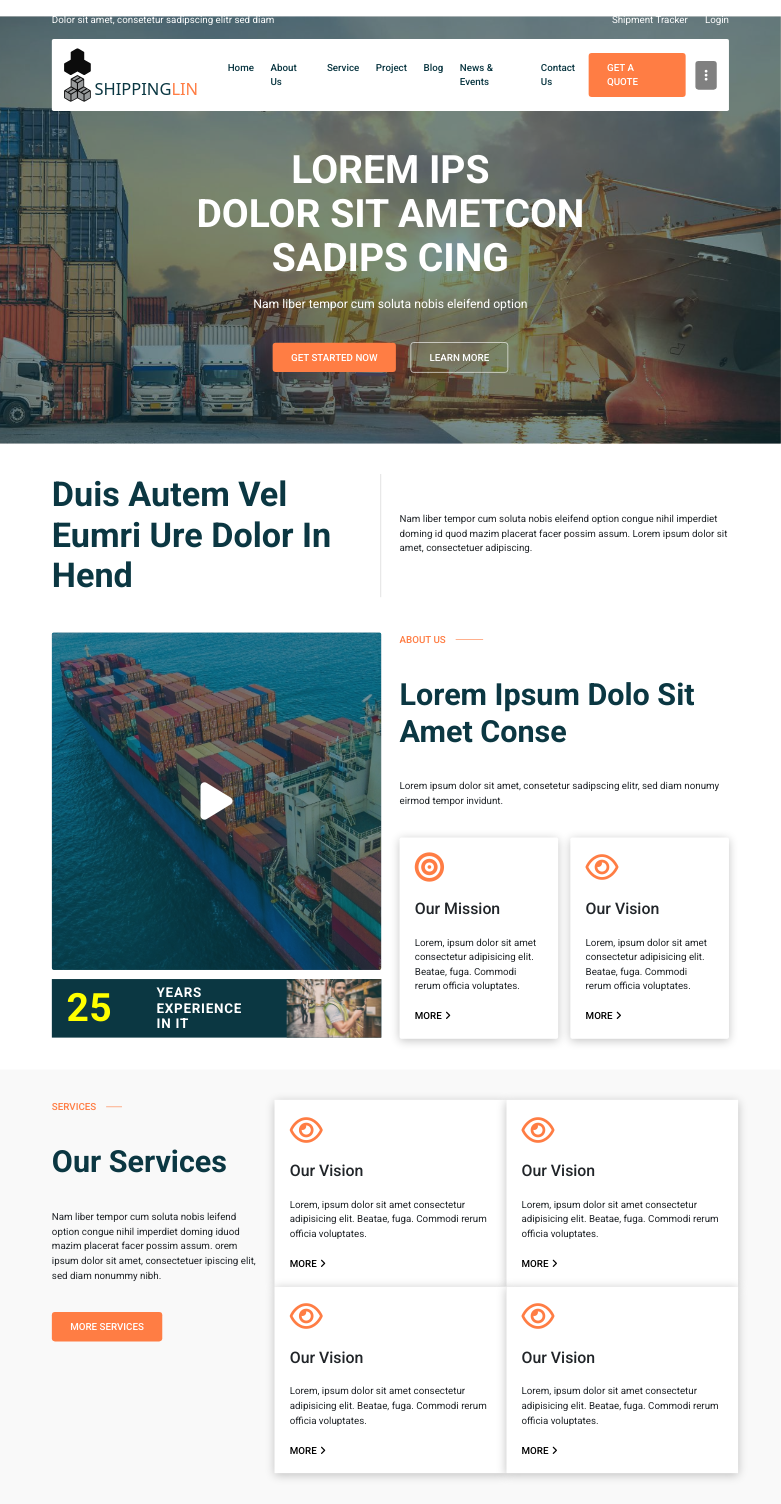
Repository: nazmulalok/shipping-theme
Page: index.html
The author's editor kept a copy of each file at every save. The page is drawn from the files as they stood at one save, then again after the next save.
The browser window is 1280 px wide. The pictures show the whole page, at 61% of full size.
Some web libraries are served in a nearby version.

Above is the page before, as saved 2022-10-08 22:35:01.

### index.html
<!DOCTYPE html>
<html lang="en">

    <head>
        <meta charset="UTF-8">
        <meta http-equiv="X-UA-Compatible" content="IE=edge">
        <meta name="viewport" content="width=device-width, initial-scale=1.0">
        <link rel="preconnect" href="https://fonts.googleapis.com">
        <link rel="preconnect" href="https://fonts.gstatic.com" crossorigin>
        <link
            href="https://fonts.googleapis.com/css2?family=Roboto:ital,wght@0,300;0,400;0,500;0,700;0,900;1,300;1,400;1,500;1,700;1,900&display=swap"
            rel="stylesheet">
        <link rel="stylesheet" href="https://cdnjs.cloudflare.com/ajax/libs/font-awesome/6.2.0/css/all.min.css"
            integrity="sha512-xh6O/CkQoPOWDdYTDqeRdPCVd1SpvCA9XXcUnZS2FmJNp1coAFzvtCN9BmamE+4aHK8yyUHUSCcJHgXloTyT2A=="
            crossorigin="anonymous" referrerpolicy="no-referrer" />
        <link rel="stylesheet" href="https://cdn.jsdelivr.net/npm/bootstrap@4.0.0/dist/css/bootstrap.min.css"
            integrity="sha384-Gn5384xqQ1aoWXA+058RXPxPg6fy4IWvTNh0E263XmFcJlSAwiGgFAW/dAiS6JXm" crossorigin="anonymous">
        <link rel="stylesheet" href="style.css">
        <title>Document</title>
    </head>

    <body>
        <header class="header-top">
            <div class="container">
                <div class="top-bar">
                    <p class="m-0">Dolor sit amet, consetetur sadipscing elitr sed diam</p>
                    <div>
                        <span class="mr-4">Shipment Tracker</span>
                        <span>Login</span>
                    </div>
                </div>
                <div class="header-area">
                    <div class="logo">
                        <img src="images/box.svg" alt="Logo Box" class="me-2">
                        <img src="images/shipping-logo.svg" alt="Shipping Logo">
                    </div>
                    <nav>
                        <ul>
                            <li><a href="#">Home</a></li>
                            <li><a href="#">About Us</a></li>
                            <li><a href="#">Service</a></li>
                            <li><a href="#">Project</a></li>
                            <li><a href="#">Blog</a></li>
                            <li><a href="#">News & Events</a></li>
                            <li><a href="#">Contact Us</a></li>
                        </ul>
                    </nav>
                    <div class="nav-btn">
                        <a class="common-btn mr-3" href="#">Get A Quote</a>
                        <i class="fa-solid fa-ellipsis-vertical"></i>
                    </div>
                </div>
            </div>
        </header>
        <!-- Slider -->
        <section>
            <div class="main-slider">
                <div class="container">
                    <div class="slide-content">
                        <div class="slide-text">
                            <div class="slider-title mb-4">Lorem ips<br>
                                dolor sit ametcon<br>
                                sadips cing</div>
                            <p>Nam liber tempor cum soluta nobis eleifend option</p>
                            <div class="sliderBtn mt-5"><a class="common-btn mr-4" href="#">Get Started Now</a><a
                                    class="common-btn outline-btn" href="#">Learn More</a></div>
                        </div>
                    </div>
                </div>
            </div>
        </section>
        <!-- Slider Ends -->
        <div class="common-sec">
            <div class="container">
                <div class="row align-items-center mb-5">
                    <div class="col-lg-6">
                        <h1 class="border-heading">Duis Autem Vel Eumri
                            Ure Dolor In Hend</h1>
                    </div>
                    <div class="col-lg-6">
                        <p class="ms-4">Nam liber tempor cum soluta nobis eleifend option congue nihil imperdiet doming
                            id quod mazim
                            placerat facer possim assum. Lorem ipsum dolor sit amet, consectetuer adipiscing.</p>
                    </div>
                </div>
                <div class="row mt-5">
                    <div class="col-lg-6">
                        <div class="video-box img-box img-shadow">
                            <img src="images/ship-products.jpg" alt="Ship Products" />
                            <a data-fancybox="" href="" class="video-btn">
                                <i class="fa fa-play"></i>
                            </a>
                        </div>
                        <div class="exp-section">
                            <div class="exp-title ml-4">
                                25
                            </div>
                            <div class="exp-paragraph">
                                Years <br>Experience <br>In It
                            </div>
                            <img src="images/exp-bg.png" alt="Experience">
                        </div>
                    </div>
                    <div class="col-lg-6">
                        <span class="sp-title">About Us</span>
                        <h2 class="mb-5">Lorem Ipsum Dolo
                            Sit Amet Conse</h2>
                        <p class="mb-5">Lorem ipsum dolor sit amet, consetetur sadipscing elitr, sed diam nonumy eirmod
                            tempor
                            invidunt.</p>
                        <div class="boxes">
                            <div class="common-box">
                                <div class="content">
                                    <i class="fa-solid fa-bullseye mb-4"></i>
                                    <div class="box-title mb-4">
                                        Our Mission
                                    </div>
                                    <p class="mb-4">Lorem, ipsum dolor sit amet consectetur adipisicing elit. Beatae,
                                        fuga. Commodi
                                        rerum
                                        officia voluptates.</p>
                                    <a href="#" class="more-btn">More</a>
                                </div>
                            </div>
                            <div class="common-box">
                                <div class="content">
                                    <i class="fa-regular fa-eye mb-4"></i>
                                    <div class="box-title mb-4">
                                        Our Vision
                                    </div>
                                    <p class="mb-4">Lorem, ipsum dolor sit amet consectetur adipisicing elit. Beatae,
                                        fuga. Commodi
                                        rerum
                                        officia voluptates.</p>
                                    <a href="#" class="more-btn">More</a>
                                </div>
                            </div>
                        </div>
                    </div>
                </div>
            </div>
        </div>
        <div class="common-sec service-sec">
            <div class="container">
                <div class="row">
                    <div class="col-lg-4">
                        <span class="sp-title">Services</span>
                        <h2 class="mb-5">Our Services</h2>
                        <p class="mb-5">Nam liber tempor cum soluta nobis leifend option congue nihil imperdiet doming
                            iduod mazim placerat facer possim assum. orem ipsum dolor sit amet, consectetuer ipiscing
                            elit, sed diam nonummy nibh.</p>
                        <a href="#" class="common-btn">More Services</a>
                    </div>
                    <div class="col-lg-8">
                        <div class="row">
                            <div class="col-lg-6 p-0">
                                <div class="common-box">
                                    <div class="content">
                                        <i class="fa-regular fa-eye mb-4"></i>
                                        <div class="box-title mb-4">
                                            Our Vision
                                        </div>
                                        <p class="mb-4">Lorem, ipsum dolor sit amet consectetur adipisicing elit.
                                            Beatae,
                                            fuga. Commodi
                                            rerum
                                            officia voluptates.</p>
                                        <a href="#" class="more-btn">More</a>
                                    </div>
                                </div>
                            </div>
                            <div class="col-lg-6 p-0">
                                <div class="common-box">
                                    <div class="content">
                                        <i class="fa-regular fa-eye mb-4"></i>
                                        <div class="box-title mb-4">
                                            Our Vision
                                        </div>
                                        <p class="mb-4">Lorem, ipsum dolor sit amet consectetur adipisicing elit.
                                            Beatae,
                                            fuga. Commodi
                                            rerum
                                            officia voluptates.</p>
                                        <a href="#" class="more-btn">More</a>
                                    </div>
                                </div>
                            </div>
                            <div class="col-lg-6 p-0">
                                <div class="common-box">
                                    <div class="content">
                                        <i class="fa-regular fa-eye mb-4"></i>
                                        <div class="box-title mb-4">
                                            Our Vision
                                        </div>
                                        <p class="mb-4">Lorem, ipsum dolor sit amet consectetur adipisicing elit.
                                            Beatae,
                                            fuga. Commodi
                                            rerum
                                            officia voluptates.</p>
                                        <a href="#" class="more-btn">More</a>
                                    </div>
                                </div>
                            </div>
                            <div class="col-lg-6 p-0">
                                <div class="common-box">
                                    <div class="content">
                                        <i class="fa-regular fa-eye mb-4"></i>
                                        <div class="box-title mb-4">
                                            Our Vision
                                        </div>
                                        <p class="mb-4">Lorem, ipsum dolor sit amet consectetur adipisicing elit.
                                            Beatae,
                                            fuga. Commodi
                                            rerum
                                            officia voluptates.</p>
                                        <a href="#" class="more-btn">More</a>
                                    </div>
                                </div>
                            </div>
                        </div>
                    </div>
                </div>
            </div>
        </div>














        <script src="https://code.jquery.com/jquery-3.2.1.slim.min.js"
            integrity="sha384-KJ3o2DKtIkvYIK3UENzmM7KCkRr/rE9/Qpg6aAZGJwFDMVNA/GpGFF93hXpG5KkN"
            crossorigin="anonymous"></script>
        <script src="https://cdn.jsdelivr.net/npm/popper.js@1.12.9/dist/umd/popper.min.js"
            integrity="sha384-ApNbgh9B+Y1QKtv3Rn7W3mgPxhU9K/ScQsAP7hUibX39j7fakFPskvXusvfa0b4Q"
            crossorigin="anonymous"></script>
        <script src="https://cdn.jsdelivr.net/npm/bootstrap@4.0.0/dist/js/bootstrap.min.js"
            integrity="sha384-JZR6Spejh4U02d8jOt6vLEHfe/JQGiRRSQQxSfFWpi1MquVdAyjUar5+76PVCmYl"
            crossorigin="anonymous"></script>
    </body>

</html>

### style.css
/* Common CSS Starts*/
*,
*::before,
*::after {
    box-sizing: border-box;
    margin: 0;
    padding: 0;
}

html {
    scroll-behavior: smooth;
}

:root {
    --main-color: #FF7D44;
    --secondary-color: #0B3742;
    --tertiary-color: #FFFFFF;
}

body {
    font-family: 'Roboto', sans-serif;
}

a.white-space {
    white-space: nowrap;
}

/* Common CSS Ends */

/* slider style starts */

.main-slider>* {
    z-index: 10;
}

.main-slider {
    background: url(images/shipping-banner.jpg);
    height: 700px;
    width: 100%;
    background-size: cover;
    background-repeat: no-repeat;
    background-position: center;
    position: relative;
    display: flex;
    align-items: center;
    transition: all 1s;
    margin-top: -155px;
    z-index: 50;
}

.main-slider:before {
    content: '';
    width: 100%;
    height: 100%;
    top: 0;
    left: 0;
    position: absolute;
    background-color: rgb(11 55 66 / 55%);
    z-index: 1;
}

.slide-content {
    text-align: center;
}

.slide-text {
    color: var(--tertiary-color);
    padding-top: 100px;
}

.slider-title {
    font-size: 4rem;
    font-weight: 600;
    line-height: 4.5rem;
    text-transform: uppercase;
}

.slide-text p {
    font-size: 20px;
}

a.common-btn {
    display: inline-block;
    text-decoration: none;
    color: var(--tertiary-color);
    background: var(--main-color);
    padding: 12px 30px;
    border-radius: 5px;
    font-size: 16px;
    font-weight: 500;
    text-transform: uppercase;
    transition: all 1s ease;
}

a.common-btn:hover {
    background: var(--tertiary-color);
    color: var(--secondary-color);
}

a.common-btn.outline-btn {
    background: transparent !important;
    border: 1px solid var(--tertiary-color);
}

a.common-btn.outline-btn:hover {
    background: var(--tertiary-color) !important;
}

/* Header style starts */

.header-top {
    z-index: 100;
    background: transparent;
    position: relative;
}

.top-bar,
.header-area {
    display: flex;
    justify-content: space-between;
    align-items: center;
    color: var(--tertiary-color);
}

.top-bar {
    padding: 20px 0px;
}

.header-area {
    background: var(--tertiary-color);
    padding: 15px 20px;
    border-radius: 3px;
}

nav ul {
    list-style-type: none;
    color: var(--secondary-color);
    display: flex;
    gap: 1.7rem;
    margin: 0;
}

nav ul a {
    color: var(--secondary-color);
    text-decoration: none;
    font-size: 16px;
    font-weight: 500;
    transition: all 0.5s;
}

nav ul a:hover {
    color: var(--main-color);
    transition: all 0.5s;
}

.nav-btn {
    align-items: center;
    display: flex;
}

.nav-btn i {
    color: var(--tertiary-color);
    font-size: 21px;
    background: gray;
    padding: 13px 15px;
    border-radius: 5px;
}

/* Headings Styles */

h1 {
    font-size: 56px;
}

h2 {
    font-size: 50px;
}

h3 {
    font-size: 44px;
}

h4 {
    font-size: 38px;
}

h5 {
    font-size: 32px;
}

h6 {
    font-size: 26px;
}

h1,
h2,
h3,
h4,
h5,
h6 {
    font-weight: 700;
    margin-bottom: 10px;
    color: var(--secondary-color);
}

/* Section Styles */

.py-50,
.common-sec {
    padding-top: 50px;
    padding-bottom: 50px;
}

.common-sec {
    position: relative;
    z-index: 0;
    overflow: hidden;
}

.common-sec:nth-child(even):before {
    content: "";
    position: absolute;
    width: 1000%;
    height: 100%;
    top: 50%;
    left: 50%;
    transform: translate(-50%, -50%);
    background-color: #f9f9f9;
    border-bottom: 1px solid #f6f6f6;
    z-index: -1;
}

/* Image box style */

.img-box {
    border-radius: 3px;
    transition: 0.5s;
    margin-bottom: 15px;
    text-align: center;
    position: relative;
}

.img-box img {
    border-radius: 3px;
}

.img-box:last-child {
    margin-bottom: 0;
}

figure.img-box img+figcaption {
    margin-top: 10px;
    text-align: left;
    padding: 10px;
    border-radius: 3px;
    box-shadow: -5px 5px 20px 0 rgb(0 0 0 / 5%);
}

.img-box.img-shadow:before {
    content: '';
    width: 100%;
    height: 100%;
    position: absolute;
    top: 0;
    left: 0;
    background-color: rgb(11 55 66 / 55%);
    border-radius: 3px;
}

/* Video Box */

.video-box {
    position: relative;
}

.video-box img {
    border-radius: 3px;
    width: 100%;
}

.video-btn {
    position: absolute;
    text-align: center;
    color: var(--tertiary-color);
    font-size: 30px;
    border: none;
    left: 50%;
    top: 50%;
    -webkit-transform: translate(-50%, -50%);
    transform: translate(-50%, -50%);
    display: flex;
    justify-content: center;
    align-items: center;
    text-decoration: none !important;
    box-shadow: none;
    transition: 0.5s;
}

.video-btn .fa-play {
    color: var(--tertiary-color);
    position: relative;
    z-index: 99;
    -webkit-transition: color 0.5s;
    transition: 0.5s;
    text-decoration: none;
    line-height: 80px;
    font-size: 70px;
}

.video-btn:hover {
    color: inherit;
}

.video-btn:hover .fa-play {
    color: var(--main-color);
}

.video-btn:before,
.video-btn:after {
    display: none;
}

/* Common Box Styles */

.common-box {
    box-shadow: rgb(0 0 0 / 24%) 0px 3px 15px;
    height: 100%;
    background-color: #fff;
    border-radius: 3px;
    transition: all 0.5s ease;
}

.common-box>.img-box {
    margin-bottom: 0;
}

.common-box .common-heading:last-child,
.common-box p:last-child,
.common-box ul:last-child,
.common-box ul:last-child li:last-child,
.common-box .img-box:last-child {
    margin-bottom: 0;
}

.common-box>.content {
    padding: 25px;
}

/* Other CSS Starts */

.border-heading {
    border-right: 2px solid #E8E8E8;
}

.sp-title {
    display: flex;
    text-transform: uppercase;
    color: var(--main-color);
    font-weight: 500;
    align-items: center;
    margin-bottom: 3rem;
}

.sp-title:after {
    content: '';
    width: 20px;
    height: 1px;
    background: var(--main-color);
    flex: 0.1;
    margin-left: 1rem;
}

.boxes {
    display: grid;
    grid-template-columns: 1fr 1fr;
    grid-gap: 20px;
}

.common-box i {
    color: var(--main-color);
    font-size: 48px;
}

.common-box .box-title {
    font-size: 26px;
    font-weight: 500;
}

.common-box:hover {
    background-color: var(--main-color);
    color: var(--tertiary-color);
    transition: all 0.5s ease;
}

.common-box:hover i {
    color: var(--tertiary-color);
    transition: all 1s ease;
}

.exp-section {
    background: var(--secondary-color);
    display: flex;
    align-items: center;
    justify-content: space-between;
}

.exp-section .exp-title {
    color: #FFFF00;
    font-size: 64px;
    font-weight: 600;
    letter-spacing: 0.5px;
}

.exp-section .exp-paragraph {
    color: var(--tertiary-color);
    font-size: 22px;
    font-weight: 600;
    line-height: normal;
    text-transform: uppercase;
    letter-spacing: 1.2px;
}

.exp-section img {
    width: 155px;
}

a.more-btn {
    display: inline-block;
    color: #000;
    font-size: 16px;
    font-weight: 500;
    text-transform: uppercase;
    text-decoration: none;
}

a.more-btn:after {
    content: '\f105';
    font-family: 'FontAwesome';
    margin-left: 5px;

}

.common-box:hover a.more-btn {
    color: var(--tertiary-color);
}

/* Service Section */

.service-sec .common-box {
    border-radius: 0px;
}

After the next save:
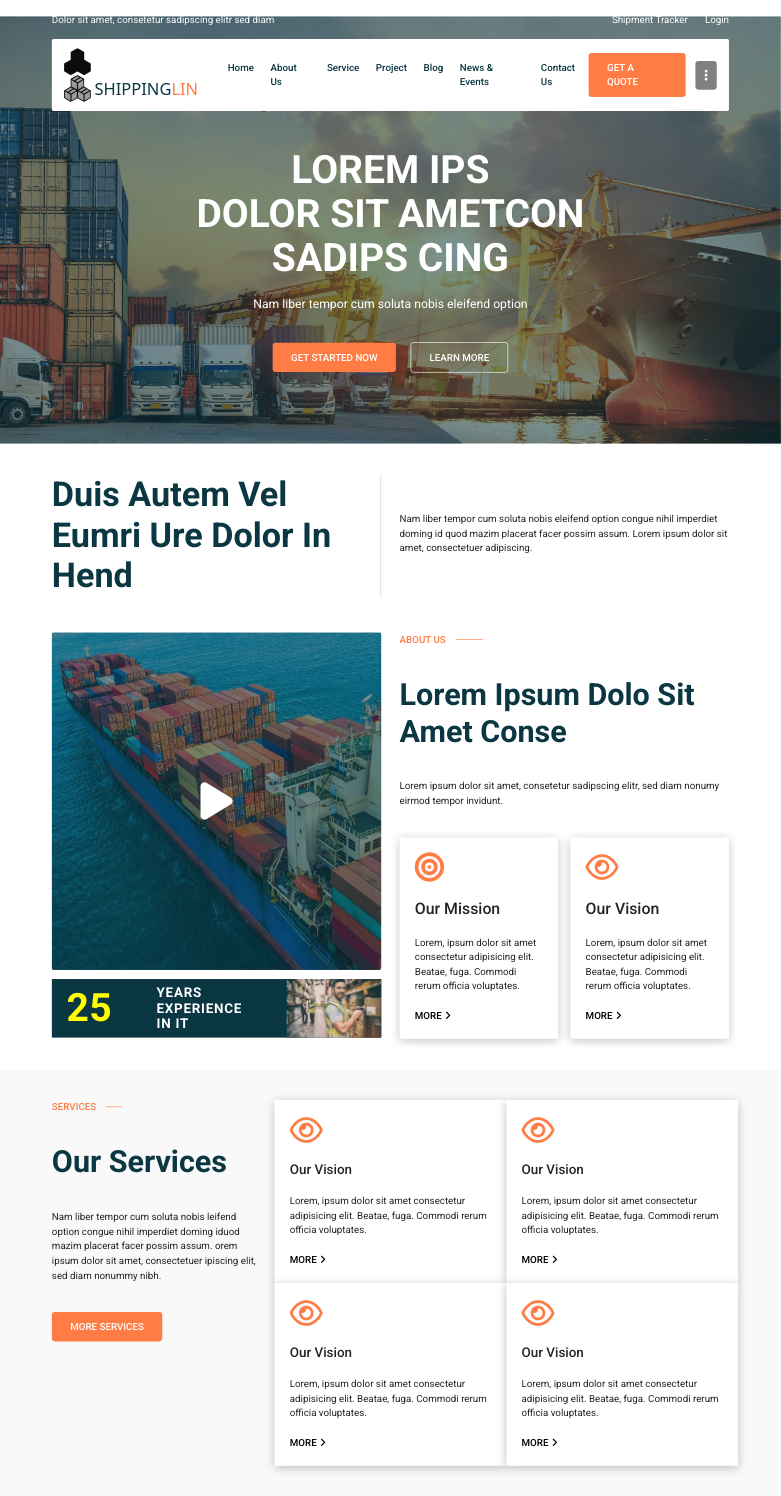
Saved 23 min 15 s later.
--- a/style.css
+++ b/style.css
@@ -449,3 +449,8 @@ a.more-btn:after {
 .service-sec .common-box {
     border-radius: 0px;
 }
+
+.service-sec .common-box .box-title {
+    font-size: 22px;
+    font-weight: 500;
+}
